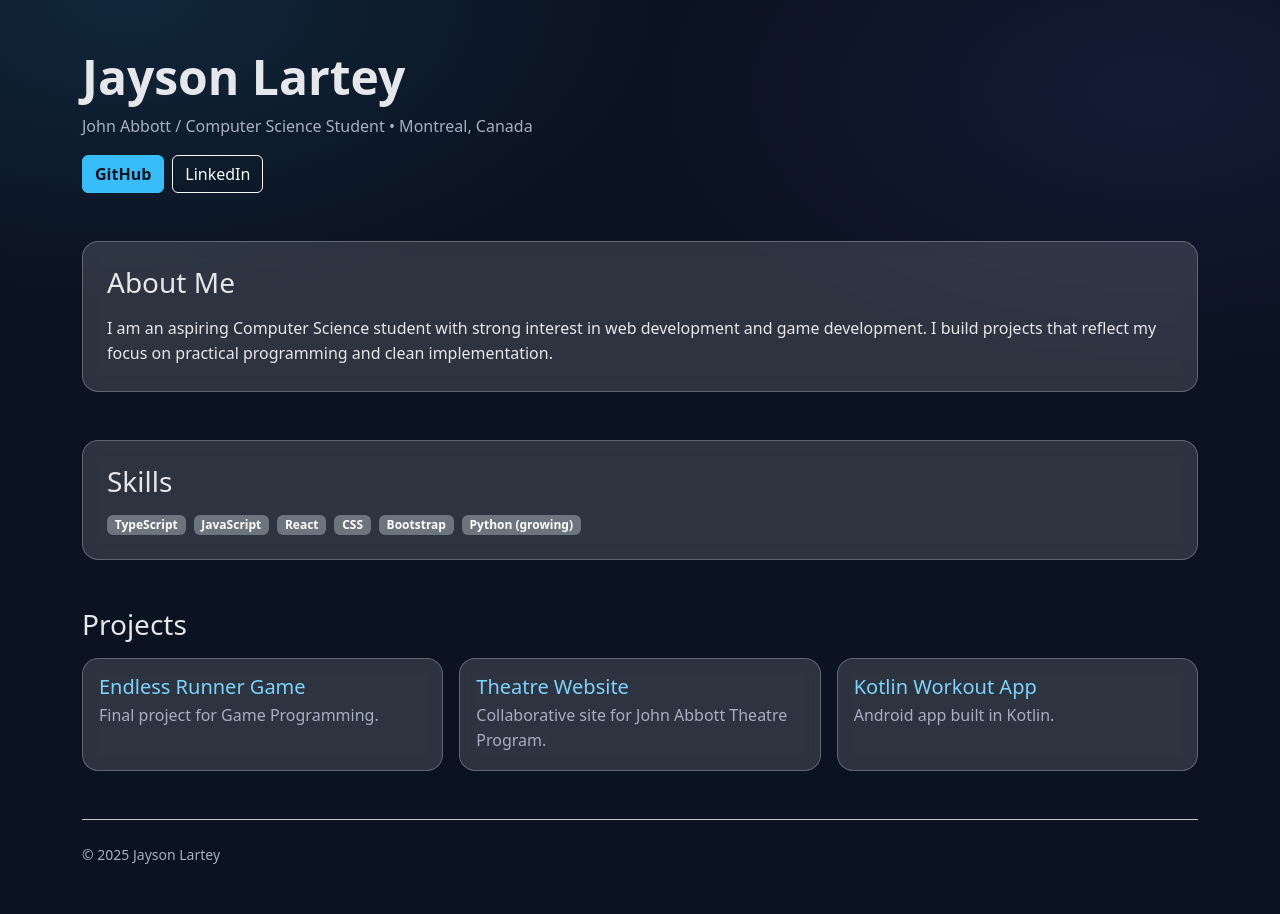
Repository: jaysonlartey/jaysonlartey.github.io
Page: index.html
The author's editor kept a copy of each file at every save. The page is drawn from the files as they stood at one save, then again after the next save.
The browser window is 1280 px wide. The pictures show the whole page.

Above is the page before, as saved 2025-12-12 20:32:07.

After the next save:
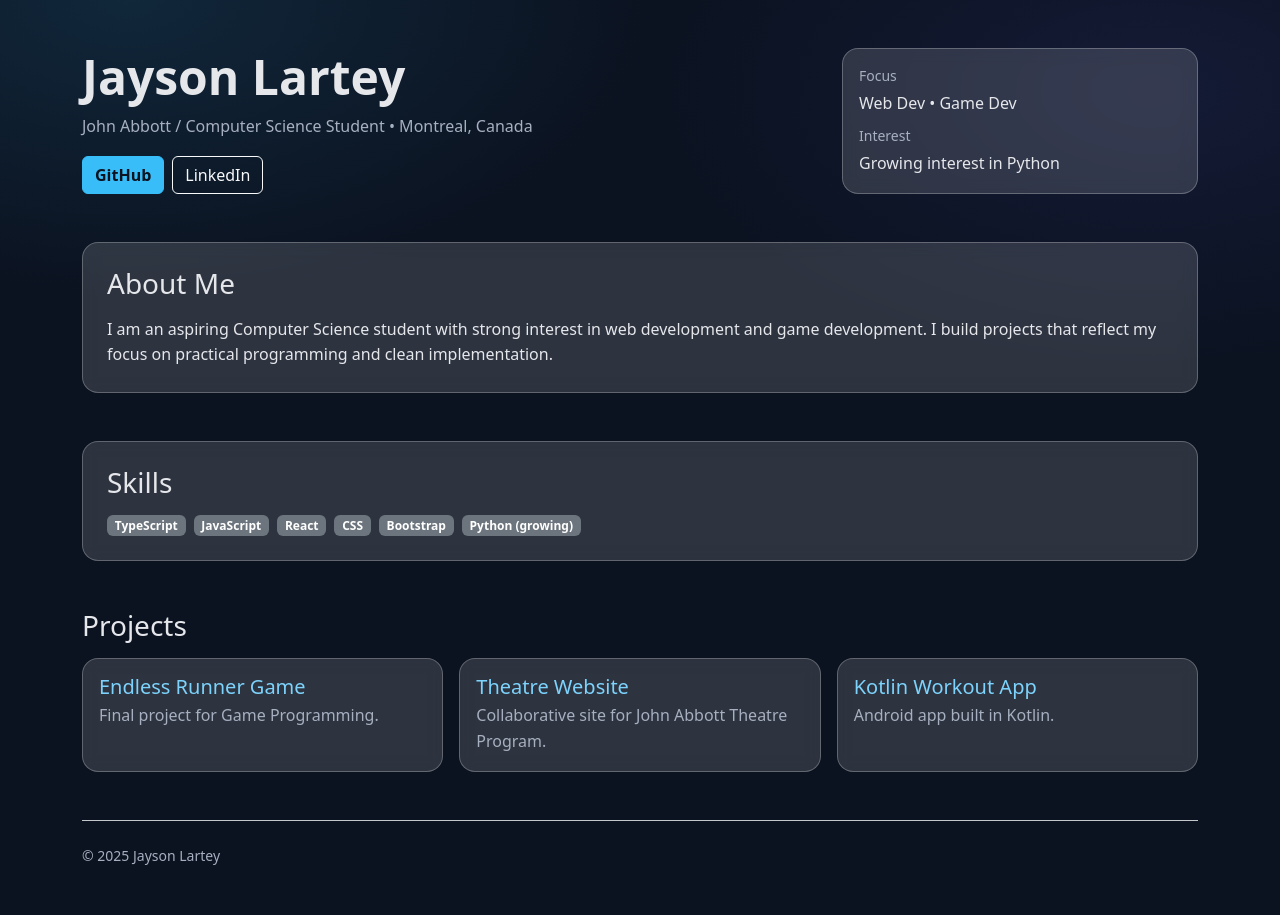
Saved 42 s later.
--- a/index.html
+++ b/index.html
@@ -24,6 +24,14 @@
       </div>
     </div>
 
+    <div class="col-12 col-md-4">
+      <div class="card card-dark p-3">
+        <div class="small text-secondary">Focus</div>
+        <div class="mt-1">Web Dev • Game Dev</div>
+        <div class="mt-2 small text-secondary">Interest</div>
+        <div class="mt-1">Growing interest in Python</div>
+      </div>
+    </div>
   </div>
 </header>
 
